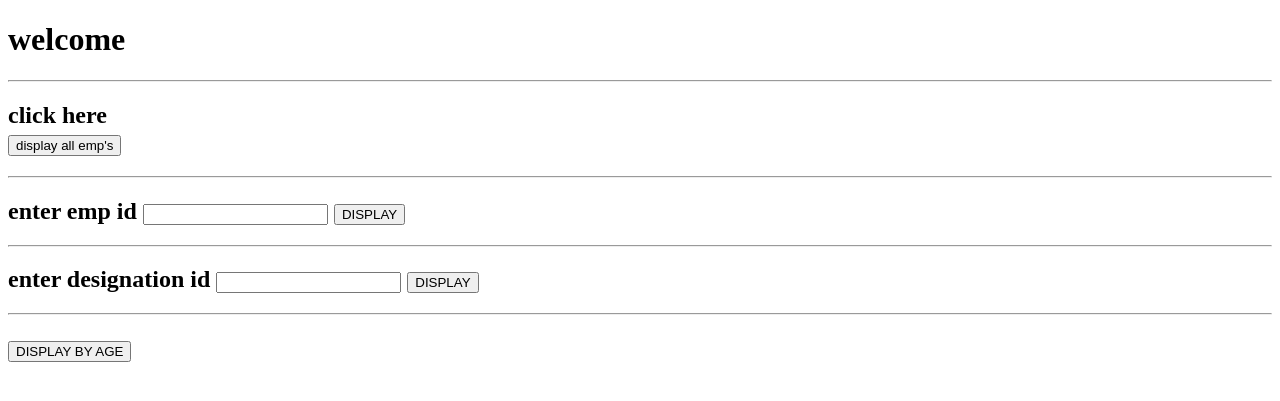
Repository: Saikumar6901/DBSTrainingModules
Page: http://localhost/dbsdemo/Viewall.jsp
These files come from the project's save history. The page is drawn as it stood at one moment and after the next save; the edit follows.
The browser window is 1280 px wide. The pictures show the whole page.
The page is served by Tomcat 9.

Above is the page before, as saved 2019-08-17 06:00:52.

After the next save:
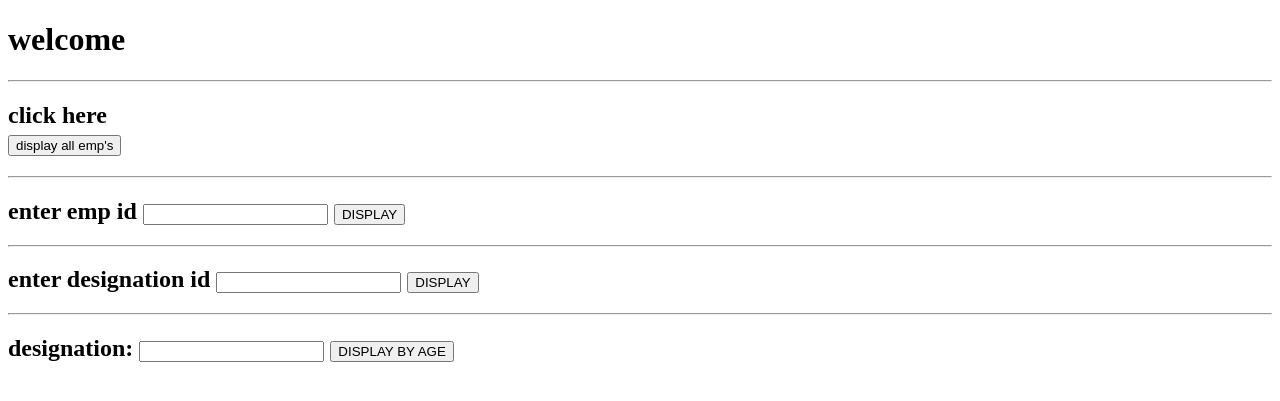
Saved 41 s later.
--- a/workspace-spring-tool-suite-4-4.3.2.RELEASE/dbsdemo/src/main/webapp/Viewall.jsp
+++ b/workspace-spring-tool-suite-4-4.3.2.RELEASE/dbsdemo/src/main/webapp/Viewall.jsp
@@ -37,6 +37,7 @@
 
 <form action="displayByAge" method="post">
 <h2>
+designation: <input type="text" name="designation">
 <input type="submit" name="submit" value="DISPLAY BY AGE">
 </h2>
 </form>
